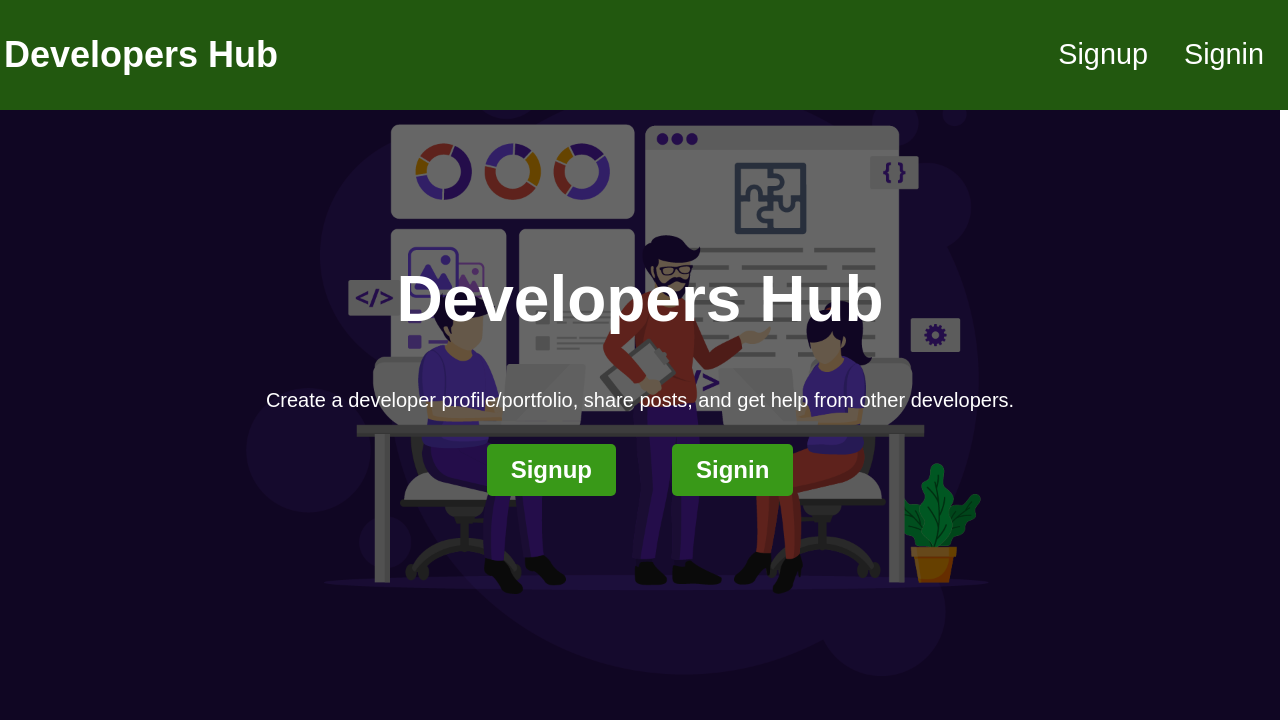
Repository: sayyad-mukthumsa-123/DevMania
Page: / (app in frontend/)
An editor plug-in stored every save of this project. The page is shown before and after the next save, followed by the edit.
The browser window is 1280 px wide. The page is 1288 px wide, so the pictures cover 1288 px, including what lies to the right of the window. The pictures show the whole page.
The project was rebuilt for these pictures with package versions that can differ from the ones it lists, and the page was loaded fresh each time. Also part of the build but not shown: frontend/src/pages/login.js, frontend/src/pages/register.js, frontend/src/pages/Allprofiles.js, frontend/src/pages/MyProfile.js, frontend/src/pages/Indprofile.js.

Above is the page before, as saved 2025-02-28 23:39:46.

### frontend/public/index.html
<!-- public/index.html -->
<!DOCTYPE html>
<html lang="en">
<head>
  <meta charset="UTF-8">
  <meta name="viewport" content="width=device-width, initial-scale=1.0">
  <title>Developers Hub</title>
  <link rel="stylesheet" href="https://cdnjs.cloudflare.com/ajax/libs/font-awesome/5.15.3/css/all.min.css">
</head>
<body>
  <div id="root"></div>
</body>
</html>

### frontend/src/App.js
import React from 'react'
import {BrowserRouter,Route,Routes} from 'react-router-dom'
import Home from './pages/Home'
import Login from './pages/login'
import Register from './pages/register'
import Allprofiles from './pages/Allprofiles'
import MyProfile from './pages/MyProfile'
import Indprofile from './pages/Indprofile'

const App = () => {
  return (
    <div>

      <BrowserRouter>
      <Routes>
        <Route path='/' exact Component={Home}/>
        <Route path='/login' exact Component={Login}/>
        <Route path='/register' exact Component={Register}/>
        <Route path='/allprofiles' exact Component={Allprofiles}/>
        <Route path='/myprofile' exact Component={MyProfile}/>
        <Route path='/indprofile/:fullname/:email/:skill/:id' exact Component={Indprofile}/>
      </Routes>
      </BrowserRouter>
    </div>
  )
}

export default App

### frontend/src/pages/Home.js
import React from 'react';
import { Link } from 'react-router-dom';
import '../styles/styles.css';  // Adjust the path based on your file structure
import Navbar from './Navbar';

// const Home = () => {
//   return (
//     <>
//       <section className='landing' >
//         <div className='dark-overlay'>
//         <Navbar />
//           <div className='landing-inner'>

//             <h1 className='x-large'>Developers Hub</h1>
//             <p className='lead'>
//               Create a developer profile/portfolio, share posts, and get help from other developers.
//             </p>
//             <div className='buttons'>
//               <Link to="/register" className="btn btn-auth">Signup</Link>
//               <Link to="/login" className="btn btn-auth">Signin</Link>
//             </div>
//           </div>
//         </div>
//       </section>
//     </>
//   );
// }

const Home = () => {
  return (
    <>
      <Navbar /> {/* Keep Navbar outside of dark-overlay */}
      <section className='landing'>
        <div className='dark-overlay'>
          <div className='landing-inner'>
            <h1 className='x-large'>Developers Hub</h1>
            <p className='lead'>
              Create a developer profile/portfolio, share posts, and get help from other developers.
            </p>
            <div className='buttons'>
              <Link to="/register" className="btn btn-auth">Signup</Link>
              <Link to="/login" className="btn btn-auth">Signin</Link>
            </div>
          </div>
        </div>
      </section>
    </>
  );
}
export default Home;

### frontend/src/styles/styles.css
/* General reset */
body, html {
  margin: 0;
  padding: 0;
  font-family: Arial, sans-serif;
  width: 100%;
  min-height: 100vh;

}

/* Navbar styles */
.navbar {
  display: flex;
  justify-content: space-between;
  align-items: center;
  padding: 4px;
  font-size: x-large;
  background-color: #22580f
}

.navbar h1 a {
  color: #ffffff;
  text-decoration: none;
}

.navbar ul {
  list-style: none;
  display: flex;
  margin: 0;
  padding: 10px;
  font-size: larger;
}
.navbar ul li
{
  padding: 10px;
  transition: all 0.3s ease;
}
.navbar ul li:hover
{
  transform: scale(1.2);
}
.navbar ul li {
  margin-left: 1rem;
}

.navbar ul li a {
  color: #ffffff;
  text-decoration: none;
}

/* Landing page styles */
/* .landing {
  height: 100%;
  display: flex;
  align-items: center;
  justify-content: center;
  color: black;
  position: relative;
}

.dark-overlay {
  position: absolute;
  top: 0;
  left: 0;
  right: 0;
  bottom: 0;
}

.landing-inner {
  text-align: center;
  z-index: 2;
  position: relative;
}

.x-large {
  font-size: 4rem;
}

.lead {
  font-size: 1.5rem;
  margin-bottom: 2rem;
  color: black;
}

.buttons .btn ,.btn{
  margin: 3rem 2rem;
  padding: 0.75rem 1.25rem;
  border: none;
  border-radius: 5px;
  cursor: pointer;
  text-decoration: none;
  font-size: x-large;
  background-color:#399918 ;
  color: #ffffff;
}


.btn-auth {
  transition: all 0.3s ease;
}
.btn-auth:hover
{
  transform: scale(1.1);
} */

.landing {
  height: 100vh;
  display: flex;
  align-items: center;
  justify-content: center;
  color: white;
  position: relative;
  background: url('../images/home.png') no-repeat center center/cover;
  text-align: center;
  flex-direction: column;
}

.dark-overlay {
  position: absolute;
  top: 0;
  left: 0;
  right: 0;
  bottom: 0;
  background: rgba(0, 0, 0, 0.6); /* Adds a dark overlay for better text visibility */
  display: flex;
  flex-direction: column;
  justify-content: center;
  align-items: center;
}

.landing-inner {
  text-align: center;
  z-index: 2;
  position: relative;
  padding: 2rem;
  max-width: 800px;
}

.x-large {
  font-size: 4rem;
  font-weight: bold;
}

.lead {
  font-size: 1.5rem;
  margin-bottom: 2rem;
}

.buttons {
  display: flex;
  justify-content: center;
  gap: 1.5rem;
}

.btn, .btn-auth {
  margin: 1rem;
  padding: 0.75rem 1.5rem;
  border: none;
  border-radius: 8px;
  cursor: pointer;
  text-decoration: none;
  font-size: 1.25rem;
  font-weight: bold;
  background-color: #399918;
  color: #ffffff;
  transition: all 0.3s ease;
}

.btn-auth:hover {
  transform: scale(1.1);
  background-color: #2e7d12;
}

/* Ensure Navbar stays at the top */
.navbar {
  position: absolute;
  top: 0;
  left: 0;
  width: 100%;
  z-index: 3;
}


/* Container styles */
.container {
  width: 700px;
  margin: 2rem auto;
  padding: 2rem;
  border: 2px solid #399918;
  color: black;
  border-radius: 8px;
  position: relative; /* To ensure proper z-index handling */
  z-index: 1; /* Ensures the container is above any background effects */
}

/* Form styles */
.form {


  display: flex;
  flex-direction: column;
}

.form-group {
  margin-bottom: 1.5rem;
}

.form-group input {
  width: 50%;
  padding: 0.75rem;
  font-size: 1rem;
  border: 1px solid black;
  border-radius: 5px;
  transition: border-color 0.3s ease-in-out, box-shadow 0.3s ease-in-out;
}

.form-group input:focus {
  border-color: #f6f7f9;
  box-shadow: 0 0 8px rgba(0, 123, 255, 0.3);
  outline: none;
}

.btn {
  display: inline-block;
  padding: 0.75rem 1.5rem;
  border: none;
  border-radius: 5px;
  cursor: pointer;
  text-decoration: none;
  font-size: 1.5rem;
  text-align: center;
}

/* .btn-primary {
  background-color: #007bff;
  color: #ffffff;
}

.btn-primary:hover {
  background-color: #0056b3;
  opacity: 0.9;
} */

/* .text-primary {
  color: #f6f8fb;
} */

.large {
  font-size: 2rem;
  margin-bottom: 1rem;
}

.lead {
  font-size: 1.25rem;
  margin-bottom: 1rem;
}

.error {
  color: red;
  margin-top: 1rem;
}

p {
  margin-top: 1rem;
}
.link-auth{
  color:#399918;
  text-decoration: none;
  cursor: pointer;
  padding-left:10px ;
  transition: all 0.3s ease;
  display: inline-block;
  font-size: large;
}
.link-auth:hover
{
  transform: scale(1.3);
}
/* Profiles styles */
.profiles {
  display: flex;
  flex-direction: column;
  gap: 1rem;
}

.profile {
  background-color: #f4f4f4;
  padding: 1rem;
  display: flex;
  align-items: center;
  border: 1px solid #ccc;
  box-shadow: 0 4px 8px rgba(0, 0, 0, 0.1);
  border-radius: 5px;
  margin-bottom: 1rem;
}

.profile .round-img {
  width: 100px;
  border-radius: 50%;
  margin-right: 1rem;
}

.profile-info {
  flex: 1;
}

.profile-info h2 {
  margin: 0 0 0.5rem 0;
}

.profile-info p {
  margin: 0.5rem 0;
}

.profile-info .btn {
  display: inline-block;
  background-color:#399918;
  color: #fff;
  padding: 0.5rem 1rem;
  text-decoration: none;
  border-radius: 0.25rem;
  margin-top: 0.5rem;
  transition: all 0.3s ease;
}

.profile-info .btn:hover {
  transform: scale(1.1);
  background-color:#399918;
}

.profile-skills {
  list-style: none;
  padding: 0;
  display: flex;
  flex-direction: column;
  gap: 0.5rem;
  margin-left: 1rem;
  color: black;
}

.profile-skills li {
  display: flex;
  align-items: center;
  color:greenyellow;
}

.profile-skills li i {
  margin-right: 0.5rem;
}

/* GitHub Section */
.profile-github {
  margin-top: 1rem;
}

.profile-github h2 {
  margin-bottom: 1rem;
}

.repo {
  background: #fff;
  padding: 1rem;
  margin-bottom: 1rem;
  border: 1px solid #ccc;
}

.repo h4 {
  margin: 0.5rem 0;
}

.repo p {
  margin: 0.5rem 0;
}

/* Form */
.form {
  margin-top: 1rem;
}

.form-group {
  margin-bottom: 1rem;
}

.form-group input {
  width: 100%;
  padding: 0.5rem;
  border: 1px solid #ccc;
  border-radius: 0.25rem;
}

.form-group input:focus {
  border-color: #007bff;
  outline: none;
}

/* .btn-primary {
  background: #007bff;
  color: #fff;
  border: none;
  padding: 0.5rem 1rem;
  cursor: pointer;
}

.btn-primary:hover {
  background: #0056b3;
} */

/* Profile Grid */
.profile-grid {
  display: grid;
  grid-template-columns: 1fr;
  grid-gap: 1rem;
  margin-top: 1rem;
}

.profile-top {
  background: #0a0a0a;
  color: #fff;
  padding: 1rem;
  text-align: center;
}

.profile-top img {
  width: 150px;
  border-radius: 50%;
}

.profile-top h1 {
  margin: 0.5rem 0;
}

.profile-top p {
  margin: 0.5rem 0;
}
a{
  color:aqua
}
 .white-text {
  color: black;
}
 .skill-text {
  /* background-color: #5e585c16;  */
  color: #c51414;
  padding: 10px 15px;
  border-radius: 5px;
  display: flex;
  align-items: center;
  font-size: 16px;
  margin-top: 2px;
  /* box-shadow: 0 2px 4px rgba(0, 0, 0, 0.1);  */
}


.skill-text i {
  color: #28a745;
  margin-right: 30px;
}
.taskprovider
{
  color:#28a745;
  text-decoration: none;
  font-size: xx-large;
}

### frontend/src/pages/Navbar.js
import React from 'react';
import { Link } from 'react-router-dom';
import '../styles/styles.css';
const Navbar = () => {
  return (
    <div>
        <nav className="navbar bg-dark">
        <h1>
          <Link to='/'> Developers Hub</Link>
        </h1>
        <ul>
          <li><Link to="/register">Signup</Link></li>
          <li><Link to="/login">Signin</Link></li>
        </ul>
      </nav>
    </div>
  )
}

export default Navbar

Loaded but not shown: frontend/src/index.js (common file); frontend/src/index.css (common file); frontend/src/reportWebVitals.js (common file)

After the next save:
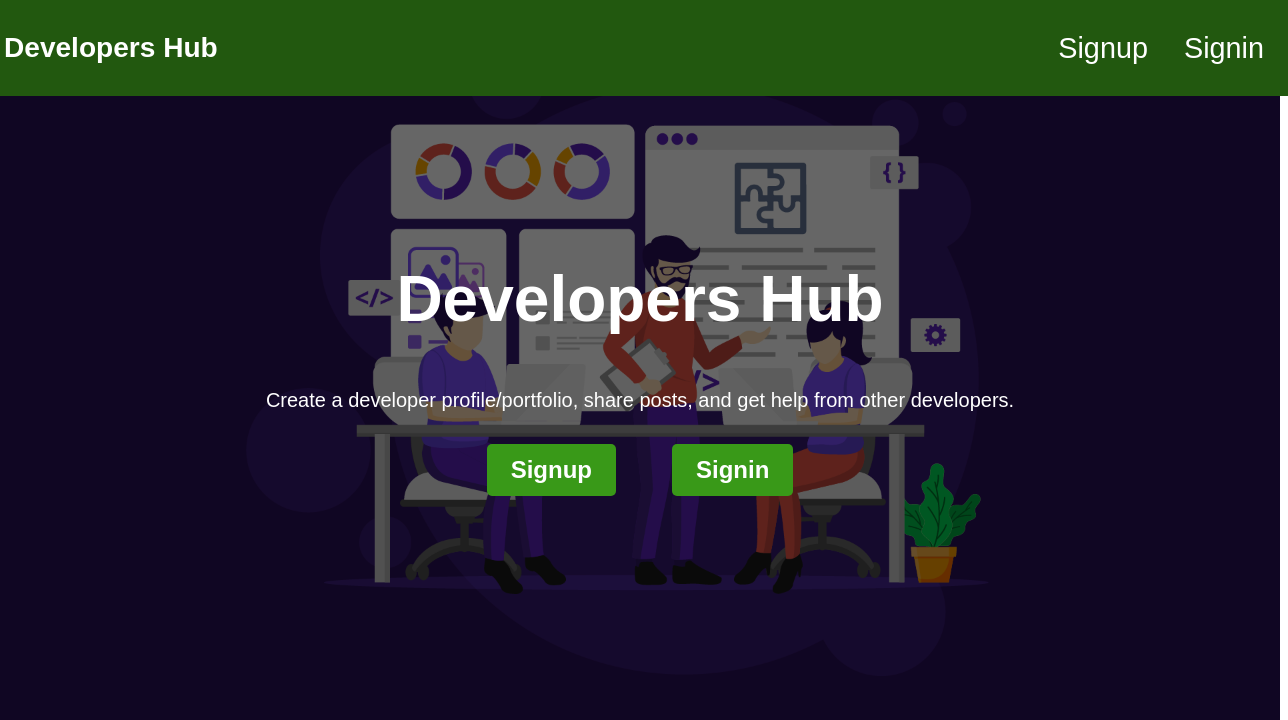
Saved 13 s later.
--- a/frontend/src/pages/Home.js
+++ b/frontend/src/pages/Home.js
@@ -3,36 +3,14 @@ import { Link } from 'react-router-dom';
 import '../styles/styles.css';  // Adjust the path based on your file structure
 import Navbar from './Navbar';
 
-// const Home = () => {
-//   return (
-//     <>
-//       <section className='landing' >
-//         <div className='dark-overlay'>
-//         <Navbar />
-//           <div className='landing-inner'>
-
-//             <h1 className='x-large'>Developers Hub</h1>
-//             <p className='lead'>
-//               Create a developer profile/portfolio, share posts, and get help from other developers.
-//             </p>
-//             <div className='buttons'>
-//               <Link to="/register" className="btn btn-auth">Signup</Link>
-//               <Link to="/login" className="btn btn-auth">Signin</Link>
-//             </div>
-//           </div>
-//         </div>
-//       </section>
-//     </>
-//   );
-// }
-
 const Home = () => {
   return (
     <>
-      <Navbar /> {/* Keep Navbar outside of dark-overlay */}
-      <section className='landing'>
+      <section className='landing' >
         <div className='dark-overlay'>
+        <Navbar />
           <div className='landing-inner'>
+
             <h1 className='x-large'>Developers Hub</h1>
             <p className='lead'>
               Create a developer profile/portfolio, share posts, and get help from other developers.
